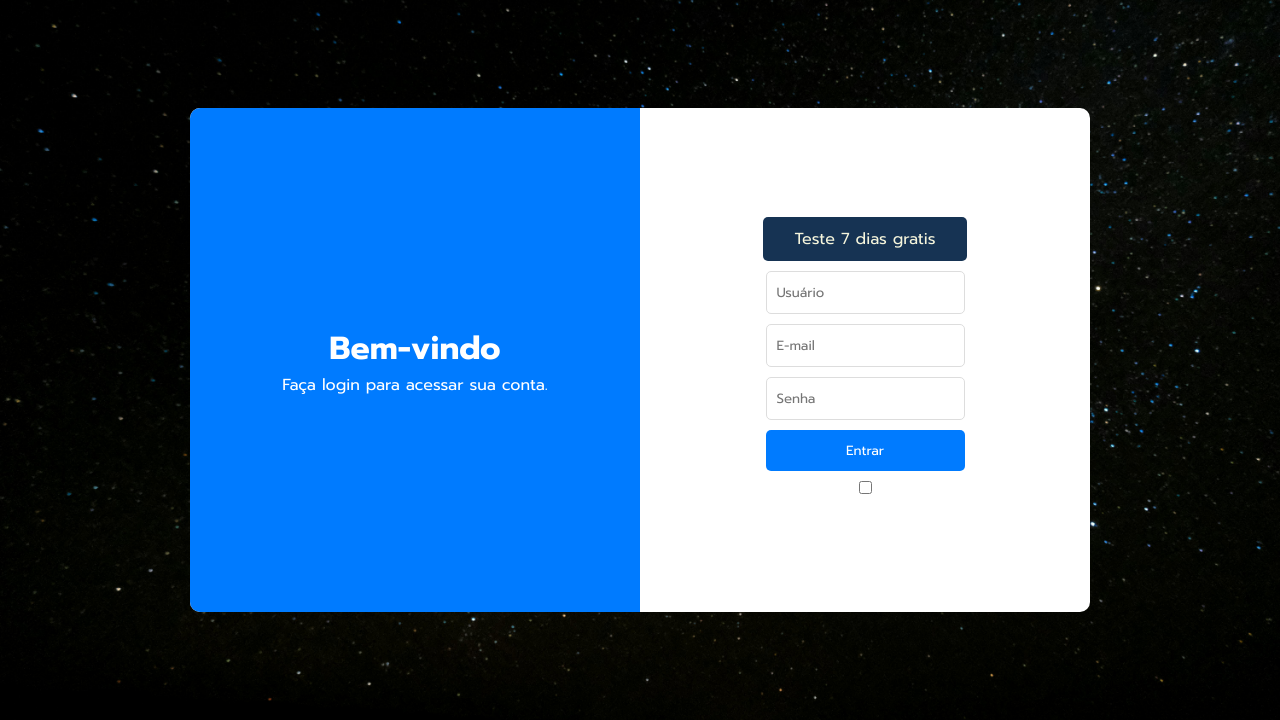
Repository: joao-paulo-paiva/tela-login
Page: index.html
An editor plug-in stored every save of this project. The page is shown before and after a run of saves, followed by the edit.
The browser window is 1280 px wide. The pictures show the whole page.

Above is the page before, as saved 2025-04-15 11:56:00.

### index.html
<!DOCTYPE html>
<html lang="pt-br">
<head>
    <meta charset="UTF-8">
    <meta name="viewport" content="width=device-width, initial-scale=1.0">
    <title>Tela de Login</title>
    <link rel="stylesheet" href="style.css">
    <link rel="preconnect" href="https://fonts.googleapis.com">
    <link rel="preconnect" href="https://fonts.gstatic.com" crossorigin>
    <link href="https://fonts.googleapis.com/css2?family=DM+Sans:ital,opsz,wght@0,9..40,100..1000;1,9..40,100..1000&family=Montserrat:ital,wght@0,100..900;1,100..900&family=Prompt:ital,wght@0,100;0,200;0,300;0,400;0,500;0,600;0,700;0,800;0,900;1,100;1,200;1,300;1,400;1,500;1,600;1,700;1,800;1,900&display=swap" rel="stylesheet">
</head>
<body>
    <div class="container">
        <div class="esquerda">
            <h1>Bem-vindo</h1>
            <p class="">Faça login para acessar sua conta.</p>
        </div>
        <div class="direita">
            <a href="#" class="teste-gratis"><p>Teste 7 dias gratis</p></a>
            <form action="#" method="POST">
                <input type="text" placeholder="Usuário" required>
                <input type="email" placeholder="E-mail" required>
                <input type="password" placeholder="Senha" required>
                <button type="submit">Entrar</button>
                <div>
                    <input type="checkbox">
                    <p></p>
                </div>
            </form>
        </div>
    </div>
</body>
</html>

### style.css
* {
    margin: 0;
    padding: 0;
    box-sizing: border-box;
    font-family: "Prompt", sans-serif;
}

body {
    display: flex;
    justify-content: center;
    align-items: center;
    height: 100vh;
    background-image: url(./imagens/pexels-francesco-ungaro-998641.jpg);
    background-size: cover;
    background-position: center;
    background-repeat: no-repeat;
}

.container {
    display: flex;
    height: 70%;
    width: 80%;
    max-width: 900px;
    background: white;
    border-radius: 10px;
    overflow: hidden;
}

.esquerda, .direita {
    width: 50%;
    padding: 40px;
}

.esquerda {
    background-color: #007bff;
    color: white;
    display: flex;
    flex-direction: column;
    justify-content: center;
    align-items: center;
}

.direita {
    display: flex;
    flex-direction: column;
    justify-content: center;
    align-items: center;
}

input {
    display: block;
    width: 100%;
    padding: 10px;
    margin: 10px 0;
    border: 1px solid #ddd;
    border-radius: 5px;
}
.teste-gratis {
    display: flex;
    justify-content: center; /* Centraliza horizontalmente */
    align-items: center; /* Centraliza verticalmente */
    width: 55%;
    padding: 10px;
    background-color: #163353;
    text-decoration: none;
    color: beige;
    border-radius: 5px;
    text-align: center; /* Garante que o texto esteja centralizado dentro do bloco */
}

button {
    width: 100%;
    padding: 10px;
    background-color: #007bff;
    color: white;
    border: none;
    border-radius: 5px;
    cursor: pointer;
}

After the next 2 saves:
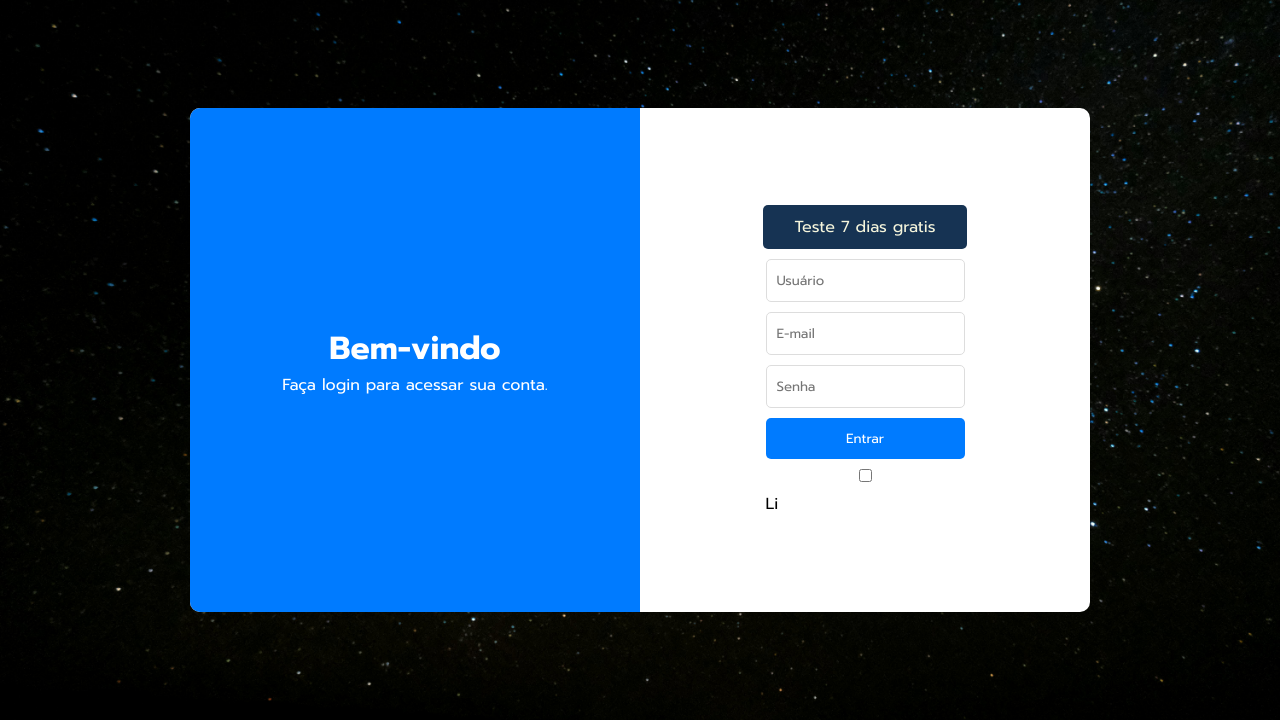
The 2 saves are shown as one change because they came seconds apart.
The last was saved 6 s later.
--- a/index.html
+++ b/index.html
@@ -24,7 +24,9 @@
                 <button type="submit">Entrar</button>
                 <div>
                     <input type="checkbox">
-                    <p></p>
+                    <p>
+                        Li
+                    </p>
                 </div>
             </form>
         </div>
